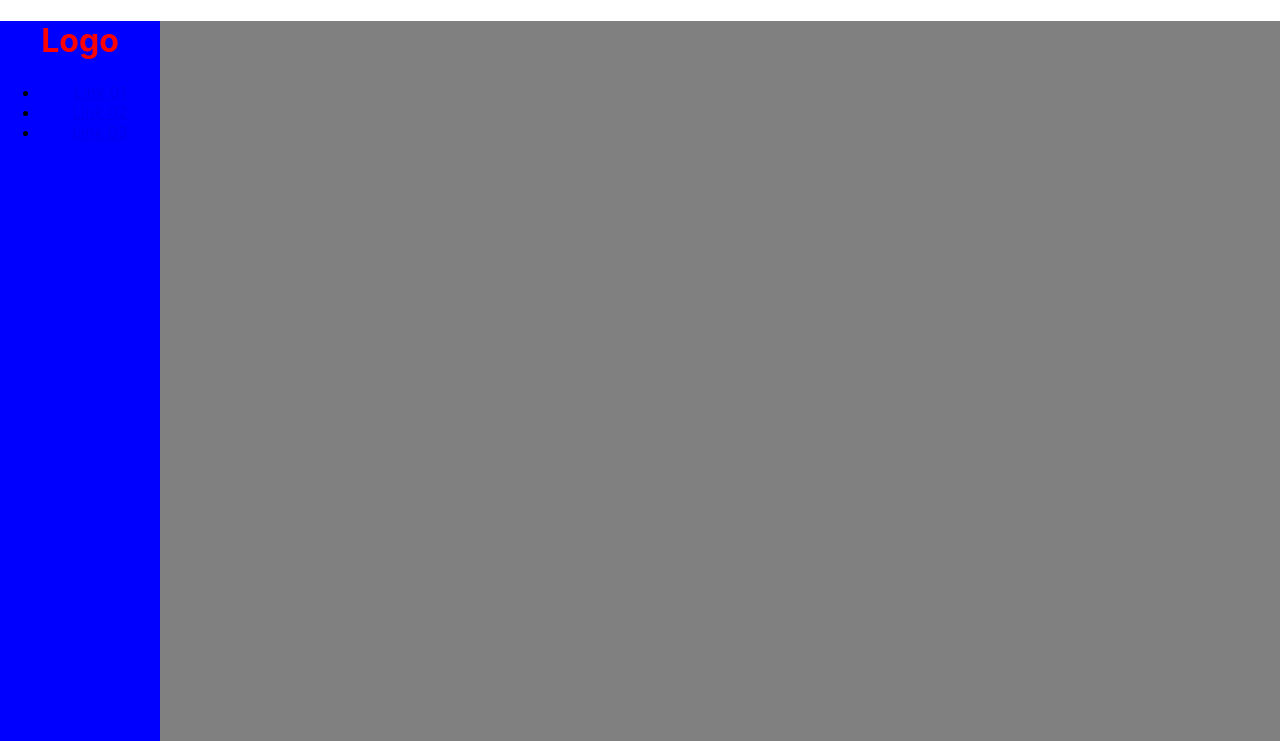
Repository: sylvainJacot/JS_Studio_2019
Page: /
The author's editor kept a copy of each file at every save. The page is drawn from the files as they stood at one save, then again after the next save.
The browser window is 1280 px wide. The pictures show the whole page.
The project was rebuilt for these pictures with package versions that can differ from the ones it lists, and the page was loaded fresh each time.

Above is the page before, as saved 2019-05-31 18:12:22.

### src/App.js
import React from "react";
import "./App.css";
import PropTypes from 'prop-types';
import Header from "./components/header";
import styled from 'styled-components';

const Body = styled.div`
background-color: grey;
margin: 0;
padding: 0;
`;

function App() {
  return (
    <div className="App">
      <Body>
<Header name="Sylvain"/>
</Body></div>
  );
}

App.propTypes = {
  name: PropTypes.string
}

export default App;

### src/components/header.js
import React from "react";
import PropTypes from "prop-types";
import styled from "styled-components";
import { color } from "./colors";

// Stylesheet

const HeaderContainer = styled.div`
  background-color: ${color.blue};
  width: 160px;
  height: 100vh;
`;

const LogoContainter = styled.h1`
  color: red;
`;

const MenuContainer = styled.ul``;
const MenuItem = styled.li``;
const MenuLink = styled.a``;

//Mapping /Looping (un loop en javascript)

const tiles = [
  { href: "/", title: "First", LinkName: "Link 01" },
  { href: "/", title: "Second", LinkName: "Link 02" },
  { href: "/", title: "Third", LinkName: "Link 03" }
];

class Header extends React.Component {
  render() {
    return (
      <HeaderContainer>
        <LogoContainter>Logo</LogoContainter>
        <MenuContainer>
          {tiles.map((tile, index) => (
            <MenuItem>
              <MenuLink
                key={`tile-${index}`}
                href={tile.href}
                title={tile.title}
              >
                {tile.LinkName}
              </MenuLink>{" "}
            </MenuItem>
          ))}
        </MenuContainer>
      </HeaderContainer>
    );
  }
}

Header.propTypes = {
  name: PropTypes.string
};

Header.defaultProps = {
  name: "Stranger"
};

export default Header;

### src/components/colors.js
export const color = {
white:"White",
blue:"blue",
};

Loaded but not shown: public/index.html (common file); src/index.js (common file); src/index.css (common file); src/serviceWorker.js (common file); src/App.css (common file)

After the next save:
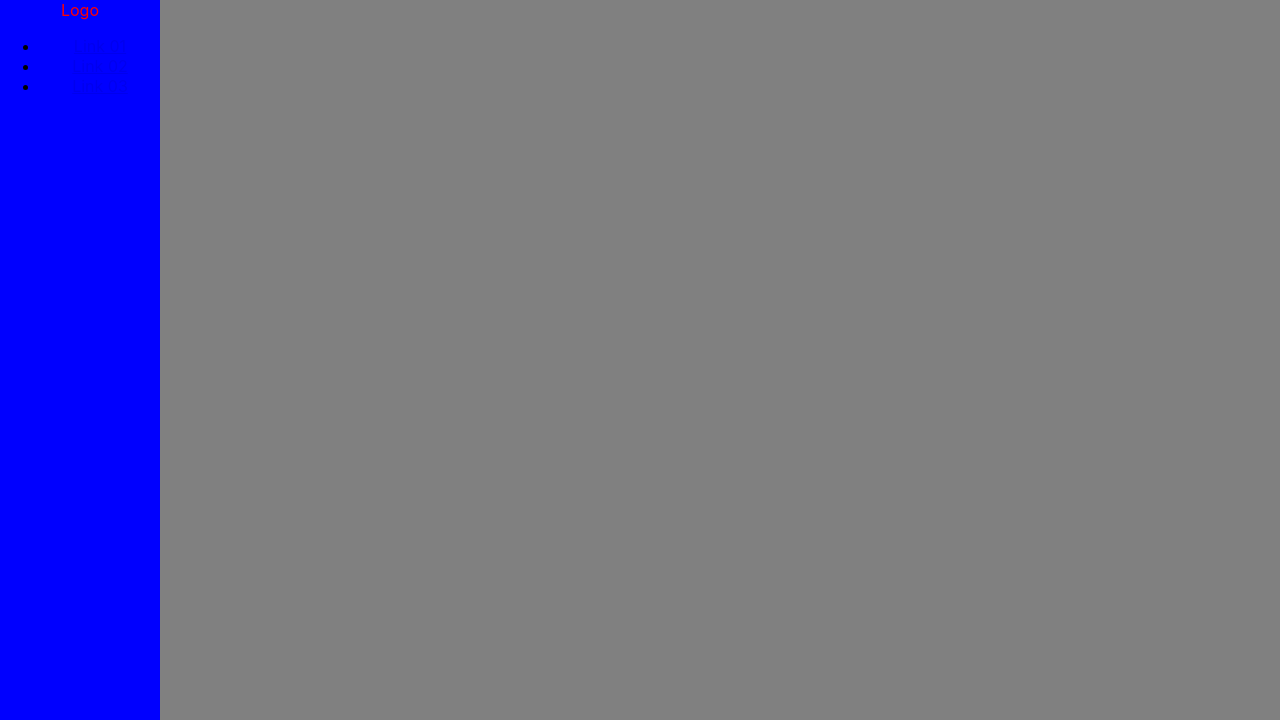
Saved 4 s later.
--- a/src/components/header.js
+++ b/src/components/header.js
@@ -11,7 +11,7 @@
   height: 100vh;
 `;
 
-const LogoContainter = styled.h1`
+const LogoContainter = styled.a`
   color: red;
 `;
 

After the save that followed:
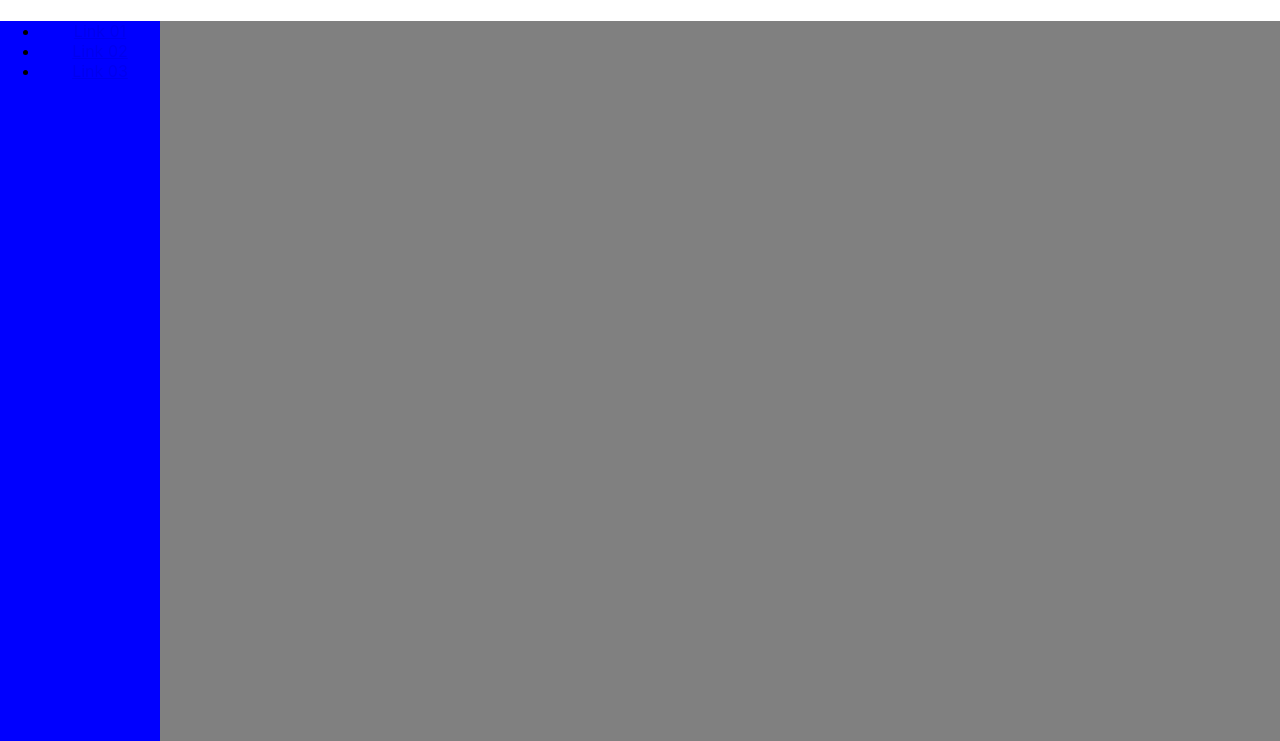
Saved 86 s later.
--- a/src/components/header.js
+++ b/src/components/header.js
@@ -31,7 +31,7 @@
   render() {
     return (
       <HeaderContainer>
-        <LogoContainter>Logo</LogoContainter>
+        <LogoContainter><h1></h1></LogoContainter>
         <MenuContainer>
           {tiles.map((tile, index) => (
             <MenuItem>
